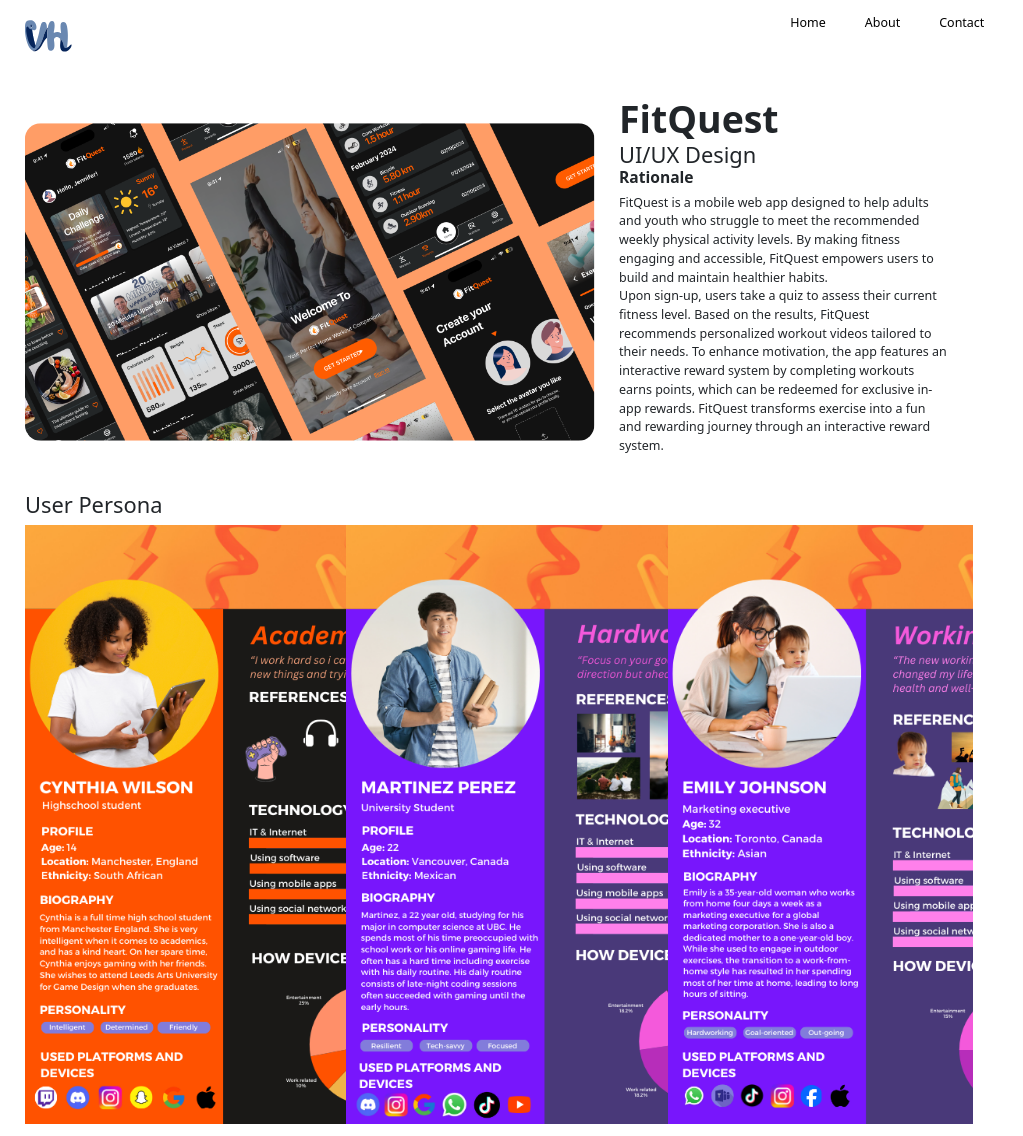
Repository: Vanessahyc/vanessa-portfolio
Page: /fitquest
These files come from the project's save history. The page is drawn as it stood at one moment and after the next save; the edit follows.
The browser window is 1280 px wide. The page is 1312 px wide, so the pictures cover 1312 px, including what lies to the right of the window. The pictures show the whole page, at 78% of full size.
The project was rebuilt for these pictures with package versions that can differ from the ones it lists, and the page was loaded fresh each time. The framework's server and built-in components were replaced by stand-ins that run in the browser. Also part of the build but not shown: next.config.mjs.

Above is the page before, as saved 2025-02-07 17:54:10.

### src/app/layout.js
import { Geist, Geist_Mono } from "next/font/google";
import "./globals.css";
import 'bootstrap/dist/css/bootstrap.min.css'

const geistSans = Geist({
  variable: "--font-geist-sans",
  subsets: ["latin"],
});

const geistMono = Geist_Mono({
  variable: "--font-geist-mono",
  subsets: ["latin"],
});

export const metadata = {
  title: "Create Next App",
  description: "Generated by create next app",
};

export default function RootLayout({ children }) {
  return (
    <html lang="en">
      <body
        className={`${geistSans.variable} ${geistMono.variable} antialiased`}
      >
        {children}
      </body>
    </html>
  );
}

### src/app/fitquest/page.js
"use client";
import Header from "../../../components/Header";
import styles from "@/app/fitquest/Fitquest.module.css";
import Image from "next/image";
import { Swiper, SwiperSlide } from "swiper/react";
import { Navigation, Pagination, Autoplay } from "swiper/modules";
import "swiper/css";
import "swiper/css/navigation";
import "swiper/css/pagination";
// import dynamic from "next/dynamic";
// import "slick-carousel/slick/slick.css";
// import "slick-carousel/slick/slick-theme.css";
import { useState } from "react";

export default function Fitquest() {
  // const Slider = dynamic(() => import('react-slick'), {ssr: false});
  // const settings = {dots: true, infinite: true, speed: 500, slidesToShow: 3, slidesToScroll: 1, autoplay: false, autoplaySpeed: 3000, centerMode: false, centerPadding: '5px', varibleWidth: false};
  const images = ['/images/2.png', '/images/3.png', '/images/4.png']

  return (
    <>
      <Header />
      <main className={styles.mainContainer}>
        <section className={`${styles.projectSection}`}>
          <Image
            src="/images/fitquest.png"
            alt="Guava Can Design"
            className={`${styles.mockup}`}
            width={500}
            height={400}
          />
          <div className={styles.projectInfo}>
            <h2>FitQuest</h2>
            <h3>UI/UX Design</h3>
            <h4>Rationale</h4>
            <p>
              FitQuest is a mobile web app designed to help adults and youth who
              struggle to meet the recommended weekly physical activity levels.
              By making fitness engaging and accessible, FitQuest empowers users
              to build and maintain healthier habits.
              <br />
              Upon sign-up, users take a quiz to assess their current fitness
              level. Based on the results, FitQuest recommends personalized
              workout videos tailored to their needs. To enhance motivation, the
              app features an interactive reward system by completing workouts
              earns points, which can be redeemed for exclusive in-app rewards.
              FitQuest transforms exercise into a fun and rewarding journey
              through an interactive reward system.
            </p>
          </div>
        </section>
        <section className={styles.personaContainer}>
          <h3>User Persona</h3>
          <div className="w-full overflow-hidden">
            <Swiper
              modules={[Navigation, Pagination, Autoplay]}
              spaceBetween={20}
              slidesPerView={3}
              navigation
              pagination={{ clickable: true }}
              autoplay={{ delay: 3000, disableOnInteraction: false }}
              className="w-full max-w-4xl justify-center items-center"
            >
              {images.map((src, index) => (
                <SwiperSlide key={index}>
                  <img
                    src={src}
                    alt={`Slide ${index}`}
                    className="w-full h-auto rounded-lg"
                  />
                </SwiperSlide>
              ))}
            </Swiper>
            {/* <Slider {...settings}>
                            {images.map((src, index)=> (
                                <div key={index} className="cursor-pointer px-6">
                                    <img src={src} alt={`slide ${index+1}`} className="w-full h-auto mx-2"></img>
                                </div>
                            ))}
                        </Slider> */}
            {/* <Image
                            src='/images/2.png'
                            alt="youth persona"
                            className={`${styles.persona}`}
                            width={500}
                            height={400}
                        />
                        <Image
                            src='/images/3.png'
                            alt="young adult persona"
                            className={`${styles.persona}`}
                            width={500}
                            height={400}
                        />
                        <Image
                            src='/images/4.png'
                            alt='working mom persona'
                            className={`${styles.persona}`}
                            width={500}
                            height={400}
                        /> */}
          </div>
        </section>
      </main>
    </>
  );
}

### src/app/globals.css
:root {
  --background: #ffffff;
  --foreground: #171717;
  --font48px: 48px;
  --font32px: 32px;
  --font28px: 28px;
  --font20px: 20px;
  --font18px: 18px;
  --font16px: 16px;
  --font-bold: 700;
  --font-medium: 500;
  --font-regular: 400;

}

body {
  font-family: Montserrat, sans-serif;
}

### components/Header/index.js
import Image from "next/image";
import Link from 'next/link';
import styles from './Header.module.css'

export default function Header() {
  return (
    <nav className={`${styles.navbar}`}>
      <Image src='/images/Logo.svg' alt="Vanessa Huang Logo" width={60} height={60}/>
      <ul>
        <li><Link href="/">Home</Link></li>
        <li><Link href="/about">About</Link></li>
        <li><Link href="/contact">Contact</Link></li>
      </ul>
    </nav>
  );
}

### src/app/fitquest/Fitquest.module.css
.mainContainer {
    margin: 1em 2em;
}

.projectSection {
    display: flex;
    align-items: center;
}

.projectSection img {
    width: 60%;
    height: 100%;
    border-radius: 20px;
}

.projectInfo {
    width: 40%;
    padding: 2em;
}

.projectInfo h2 {
    font-size: var(--font48px);
    font-weight: var(--font-bold);
    margin: 0;
}

.projectInfo h3 {
    font-size: var(--font28px);
    font-weight: var(--font-regular);
    margin: 0;
}

.projectInfo h4 {
    font-size: var(--font20px);
    font-weight: var(--font-bold);
}

.projectInfo p {
    font-size: var(--font16px);
    font-weight: var(--font-regular);
}

.persona {
    border-radius: 20px;
}

### components/Header/Header.module.css
.navbar {
    display: flex;
    justify-content: space-between;
    width: 100%;
    margin: 1em 2em;
}

.navbar ul {
    width: 30%;
    list-style: none;
    display: flex;
    justify-content: flex-end;
}

.navbar li {
    padding-right: 50px;
}

.navbar a {
    text-decoration: none;
    color: black;
    font-weight: var(--font-medium);
}

After the next save:
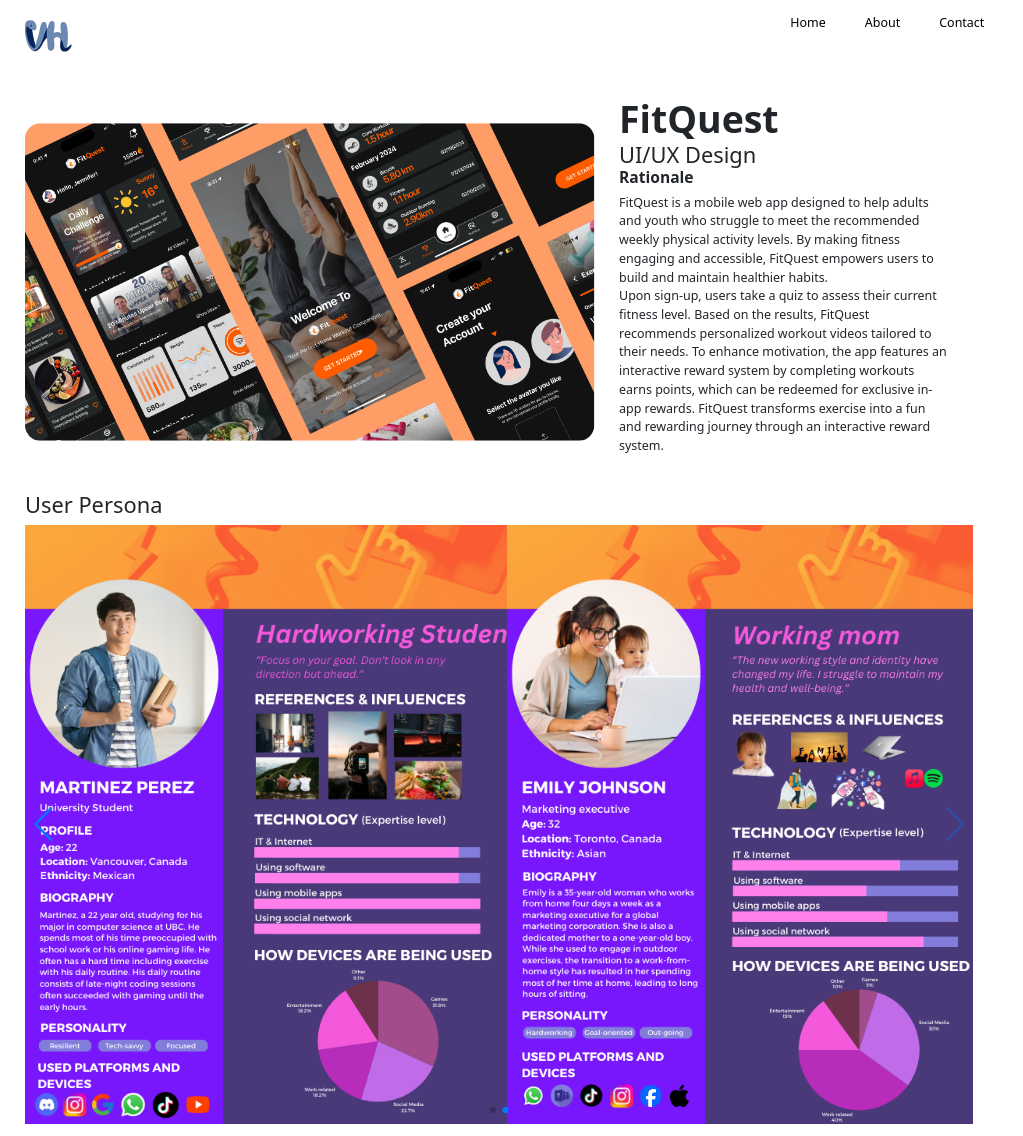
Saved 17 s later.
--- a/src/app/fitquest/page.js
+++ b/src/app/fitquest/page.js
@@ -55,7 +55,7 @@
             <Swiper
               modules={[Navigation, Pagination, Autoplay]}
               spaceBetween={20}
-              slidesPerView={3}
+              slidesPerView={2}
               navigation
               pagination={{ clickable: true }}
               autoplay={{ delay: 3000, disableOnInteraction: false }}
